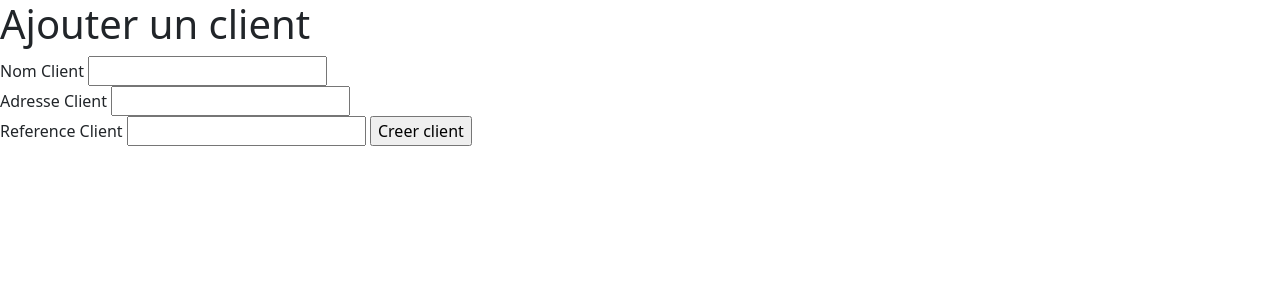
Repository: Elie-Dey/airblio
Page: http://localhost/test.php
The author's editor kept a copy of each file at every save. The page is drawn from the files as they stood at one save, then again after the next save.
The browser window is 1280 px wide. The pictures show the whole page.
The page is run by PHP 8.4 with error messages shown; the project is at /var/www/html/.

Above is the page before, as saved 2022-03-26 01:50:06.

After the next save:
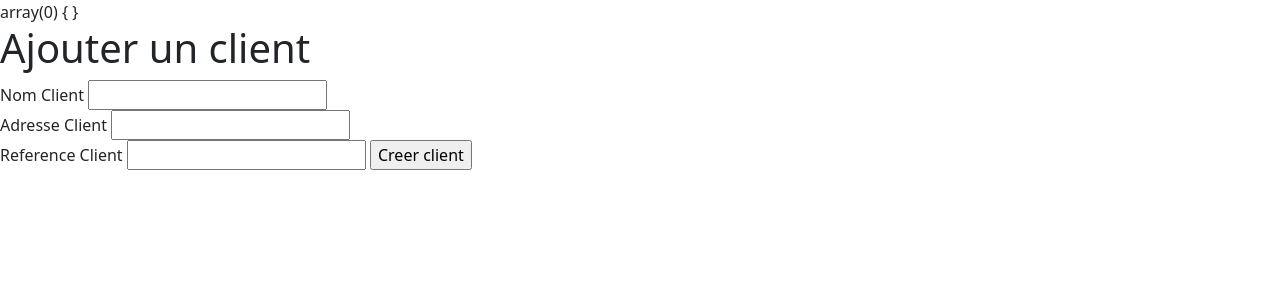
Saved 89 s later.
--- a/test.php
+++ b/test.php
@@ -1,4 +1,6 @@
 <?php
+
+var_dump($_POST);
 ?>
 <!DOCTYPE html>
 <html lang="en">
